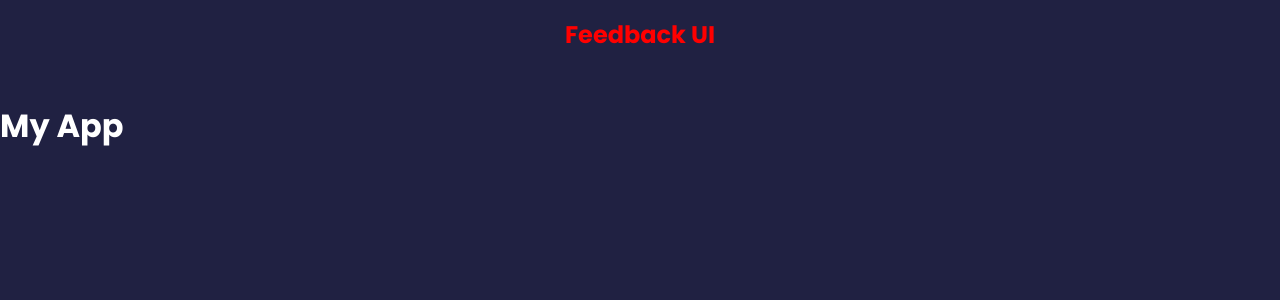
Repository: haokiet2501/feedback-app
Page: /
These files come from the project's save history. The page is drawn as it stood at one moment and after the next save; the edit follows.
The browser window is 1280 px wide. The pictures show the whole page.
The project was rebuilt for these pictures with package versions that can differ from the ones it lists, and the page was loaded fresh each time.

Above is the page before, as saved 2022-02-23 09:10:12.

### public/index.html
<!DOCTYPE html>
<html lang="en">
  <head>
    <meta charset="utf-8" />
    <link rel="icon" href="%PUBLIC_URL%/favicon.ico" />
    <meta name="viewport" content="width=device-width, initial-scale=1" />
    <meta name="theme-color" content="#000000" />
    <meta
      name="description"
      content="Web site created using create-react-app"
    />
    <link rel="apple-touch-icon" href="%PUBLIC_URL%/logo192.png" />

    <link rel="manifest" href="%PUBLIC_URL%/manifest.json" />

    <title>Feedback App</title>
  </head>
  <body>
    <noscript>You need to enable JavaScript to run this app.</noscript>
    <div id="root"></div>

  </body>
</html>

### src/index.js
import React from 'react'
import ReactDOM from 'react-dom'
import App from './App'
import './index.css'
ReactDOM.render (
    <React.StrictMode>
        <App />
    </React.StrictMode>,
    document.getElementById('root')
)

### src/App.js
import Header from "./components/Header"

function App() {
    return (
        <>
            <Header />
            <div className="contianer">
                <h1>My App</h1>
            </div>
        </>
    )
}

export default App

### src/components/Header.jsx
import React from 'react'
import ProTypes from 'prop-types'

const Header = ({ text, bgColor, textColor }) => {
  const handleStyles = {
      backgroundColor: bgColor,
      color: textColor
  }
  return (
    <header style={handleStyles}>
        <div className="container">
            <h2>{text}</h2>
        </div>
    </header>
  )
}

Header.defaultProps = {
    text: 'Feedback UI',
    bgColor: 'rgba(',
    textColor: 'red'
}

Header.proTypes = {
    text: ProTypes.string,
    bgColor: ProTypes.string,
    textColor: ProTypes.string,
}

export default Header

Loaded but not shown: src/index.css (common file)

After the next save:
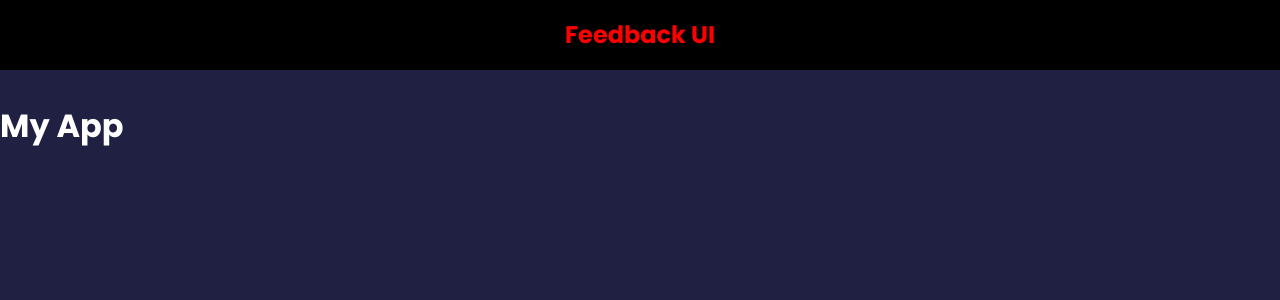
Saved 4 s later.
--- a/src/components/Header.jsx
+++ b/src/components/Header.jsx
@@ -17,7 +17,7 @@
 
 Header.defaultProps = {
     text: 'Feedback UI',
-    bgColor: 'rgba(',
+    bgColor: 'rgba(0,0,0',
     textColor: 'red'
 }
 

After the 2 saves that followed:
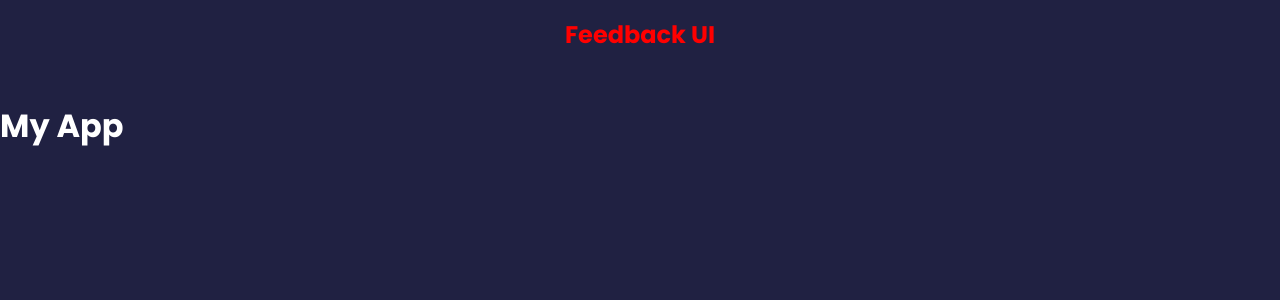
The 2 saves are shown as one change because 1 left the picture as it was.
The last was saved 10 s later.
--- a/src/components/Header.jsx
+++ b/src/components/Header.jsx
@@ -17,7 +17,7 @@
 
 Header.defaultProps = {
     text: 'Feedback UI',
-    bgColor: 'rgba(0,0,0',
+    bgColor: 'rgba(0, 0, 0,',
     textColor: 'red'
 }
 
